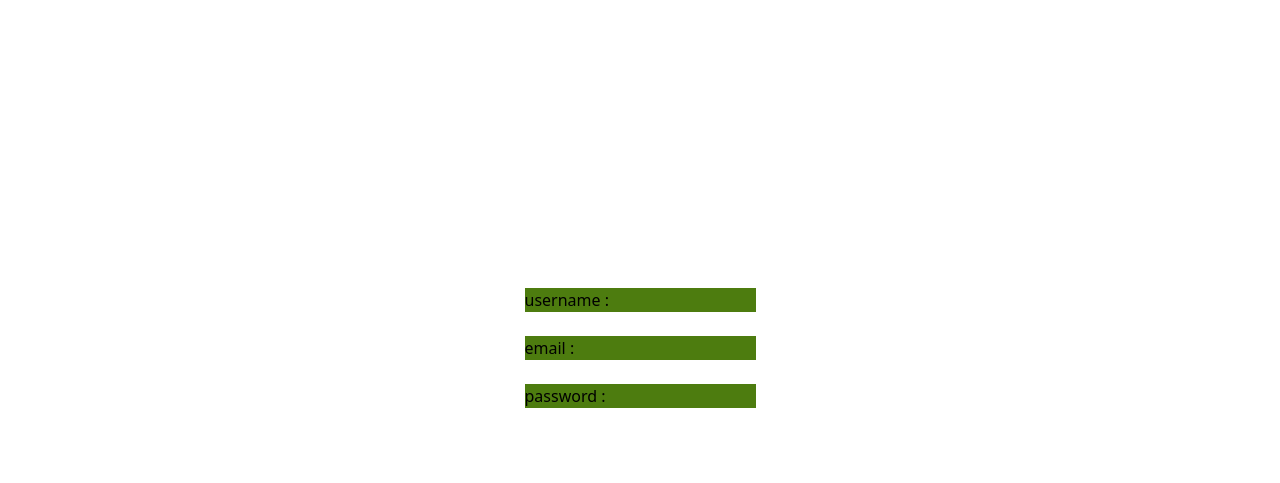
Repository: Emy-gold/alx-fe-reactjs
Page: / (app in form-handling-react/)
These files come from the project's save history. The page is drawn as it stood at one moment and after a run of saves; the edit follows.
The browser window is 1280 px wide. The pictures show the whole page.
The project was rebuilt for these pictures with package versions that can differ from the ones it lists, and the page was loaded fresh each time. Also part of the build but not shown: form-handling-react/vite.config.js.

Above is the page before, as saved 2025-08-22 21:11:47.

After the next 2 saves:
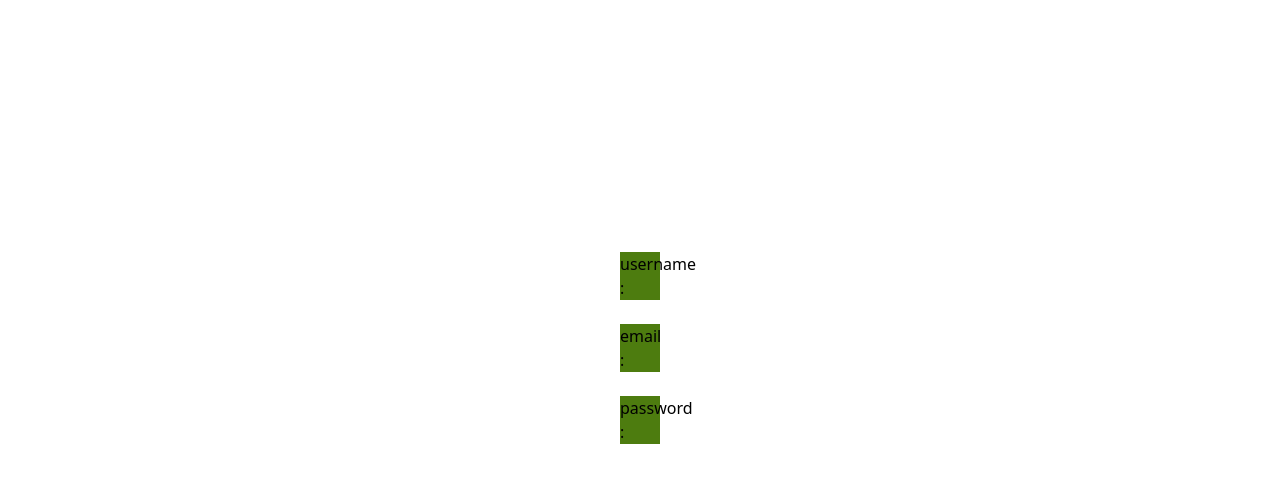
The 2 saves are shown as one change because they came seconds apart.
The last was saved 18 s later.
--- a/form-handling-react/src/components/RegistrationForm.jsx
+++ b/form-handling-react/src/components/RegistrationForm.jsx
@@ -17,7 +17,7 @@ function RegistrationForm() {
 
     return (
         <div className='flex w-full mx-auto h-screen justify-center items-center'>
-            <form onSubmit={handleSubmit} className='flex flex-col bg-lime-700'>
+            <form onSubmit={handleSubmit} className='flex flex-col bg-lime-700 w-10'>
                 <label>username :</label>
                 <input
                     type="text"
